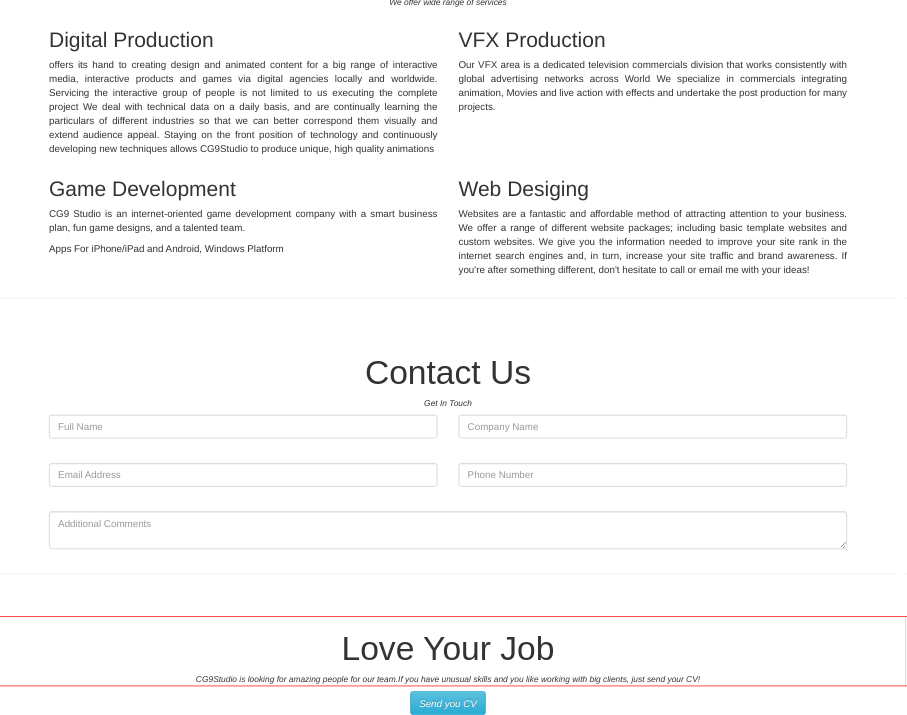
Repository: deepak6sp/BootstrapTheme1
Page: 9studio/WebContent/index.html
These files come from the project's save history. The page is drawn as it stood at one moment and after the next save; the edit follows.
The browser window is 1280 px wide. The page is 1295 px wide, so the pictures cover 1295 px, including what lies to the right of the window. The pictures show the part of the page from y = 1499 to 3379 px (the page is 2520 px tall before and 3379 px after), at 70% of full size.
Some web libraries are served in a nearby version.

Above is the page before, as saved 2014-07-23 14:03:46.

After the next save:
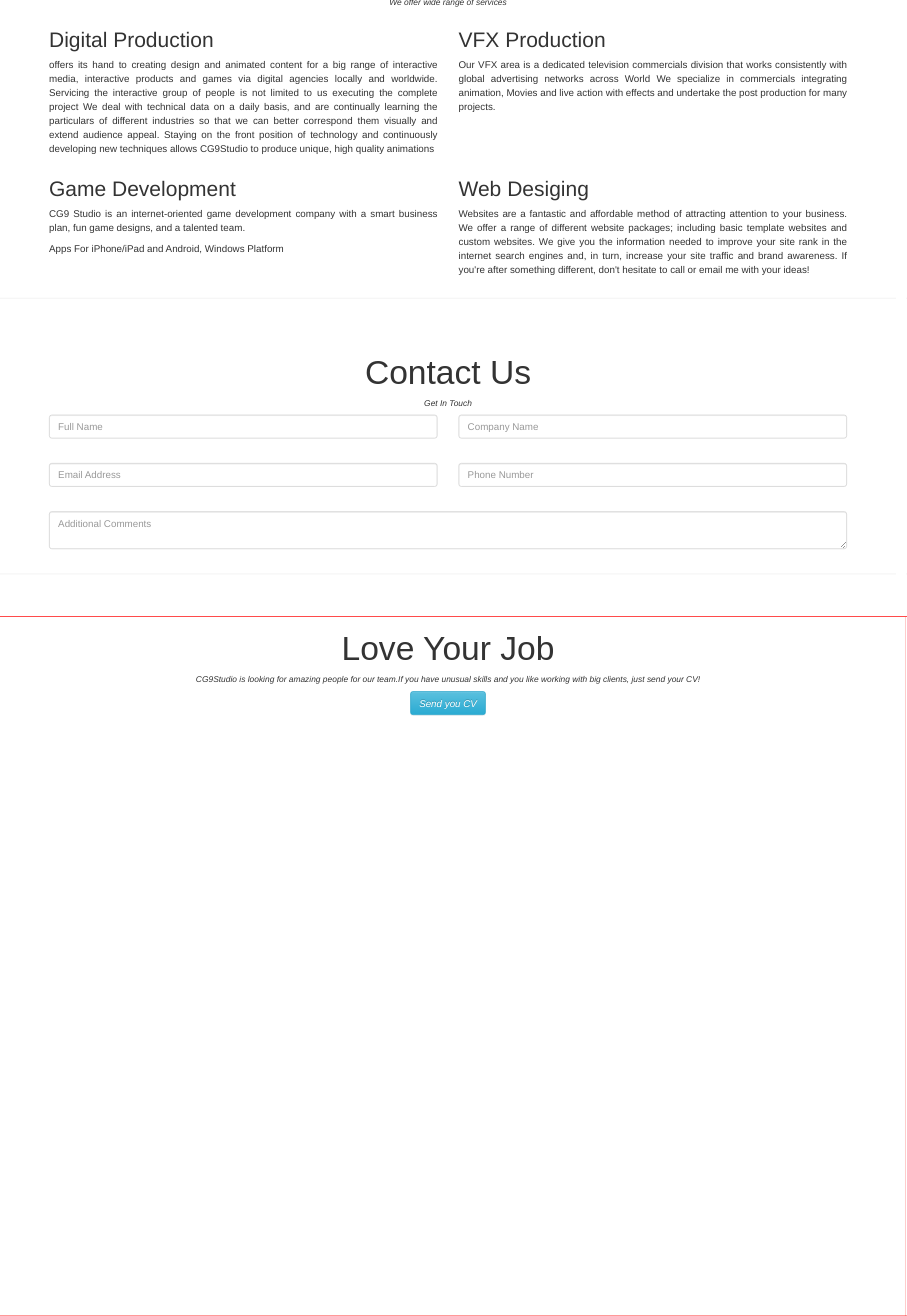
Saved 19 s later.
--- a/9studio/WebContent/index.html
+++ b/9studio/WebContent/index.html
@@ -162,7 +162,7 @@
 	<hr><br></br>
 		<section id="getjob">
 			<div id="container" >
-				<div class="row text-center" style="height:100px; border:1px solid red;">
+				<div class="row text-center" style="height:1000px; border:1px solid red;">
 					<h1 >Love Your Job</h1>
 					<h6 >CG9Studio is looking for amazing people for our team.If you have unusual skills and you like working with big clients, just send your CV!</h6>
 					<h6 ><button type="button" class="btn btn-info">Send you CV</button></h6>
